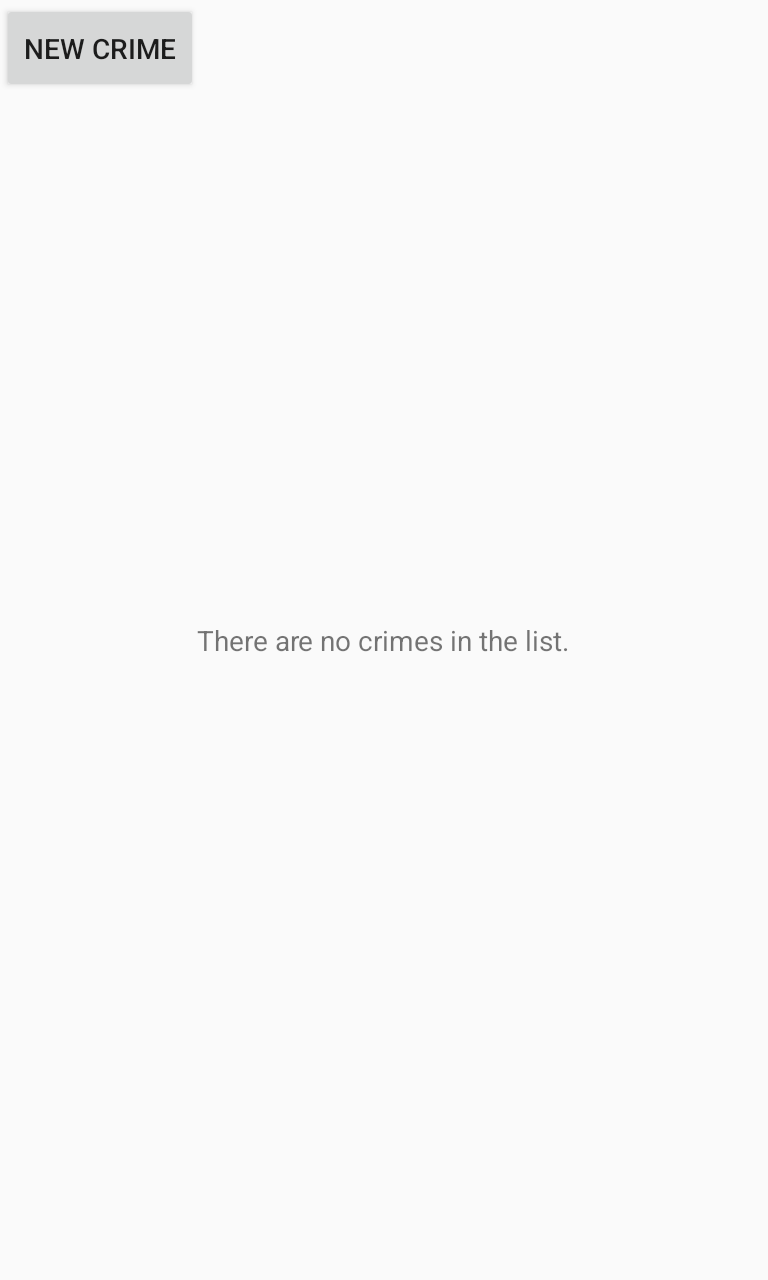
Repository: Jeedan/learning-android-apps
Layout: CriminalIntent/res/layout/fragment_list_empty.xml
An editor plug-in stored every save of this project. The layout is shown before and after a run of saves, followed by the edit.
It is drawn on a 768 x 1280 px phone screen (xhdpi) without system bars, with theme AppTheme; the app's code is not run. Lists and similar views that code fills are empty.

Above is the layout before, as saved 2014-10-23 10:11:35.

### CriminalIntent/res/layout/fragment_list_empty.xml
<?xml version="1.0" encoding="utf-8"?>
<FrameLayout xmlns:android="http://schemas.android.com/apk/res/android"
    android:id="@+id/fragmentEmptyContainer"
    android:layout_width="match_parent"
    android:layout_height="match_parent"
    >
   <ListView
      android:id="@android:id/list"
      android:layout_width="wrap_content"
      android:layout_height="wrap_content" />

    <TextView
        android:id="@android:id/empty"
        android:layout_width="wrap_content"
        android:layout_height="wrap_content"
        android:text="@string/empty_list"
        android:layout_gravity="center" />

    <Button
        android:id="@+id/add_crime_button"
        android:layout_width="wrap_content"
        android:layout_height="wrap_content"
        android:text="@string/new_crime"/>
</FrameLayout>

### CriminalIntent/res/values/strings.xml
<?xml version="1.0" encoding="utf-8"?>
<resources>

    <string name="app_name">CriminalIntent</string>
    <string name="action_settings">Settings</string>

    <!-- Crime Activity -->
    <string name="title_activity_crime">CrimeActivity</string>
    <string name="crime_title_hint">Enter a title for the crime</string>
    <string name="crime_title_label">Title</string>
    <string name="crime_details_label">Details</string>
    <string name="crime_solved_label">Solved?</string>
    <string name="crimes_title">Crimes</string>
    <string name="date_picker_title">Date of crime:</string>

    <string name="new_crime">New Crime</string>
    <string name="show_subtitle">Show Subtitle</string>
    <string name="hide_subtitle">Hide Subtitle</string>
    <string name="subtitle">If you see something, say something.</string>
    <string name="delete_crime">Delete</string>

    <string name="empty_list">There are no crimes in the list.</string>
</resources>

Loaded but not shown: CriminalIntent/res/values/styles.xml (common file); CriminalIntent/res/values-v11/styles.xml (common file); CriminalIntent/res/values-v14/styles.xml (common file)

After the next 2 saves:
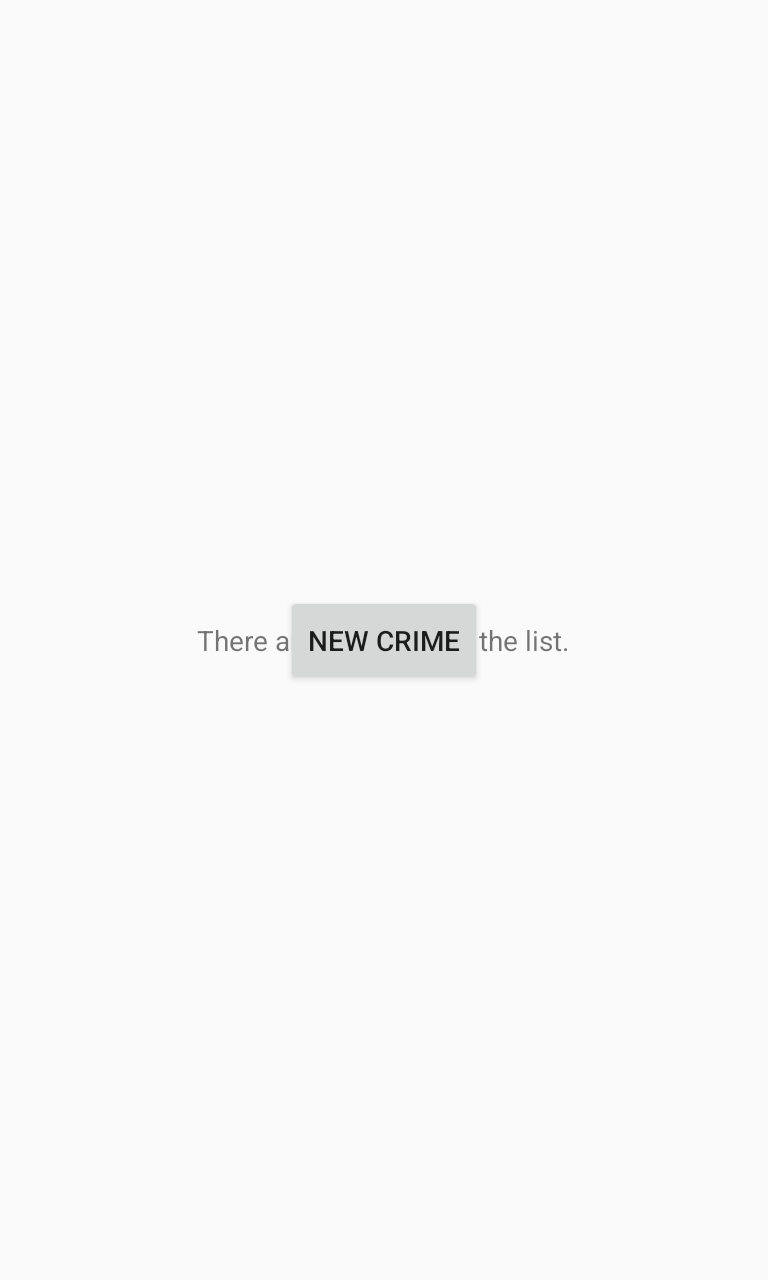
The 2 saves are shown as one change because 1 did not build or start.
The last was saved 17 s later.
--- a/CriminalIntent/res/layout/fragment_list_empty.xml
+++ b/CriminalIntent/res/layout/fragment_list_empty.xml
@@ -20,5 +20,6 @@
         android:id="@+id/add_crime_button"
         android:layout_width="wrap_content"
         android:layout_height="wrap_content"
-        android:text="@string/new_crime"/>
+        android:text="@string/new_crime"
+        android:layout_gravity="center" />
 </FrameLayout>
